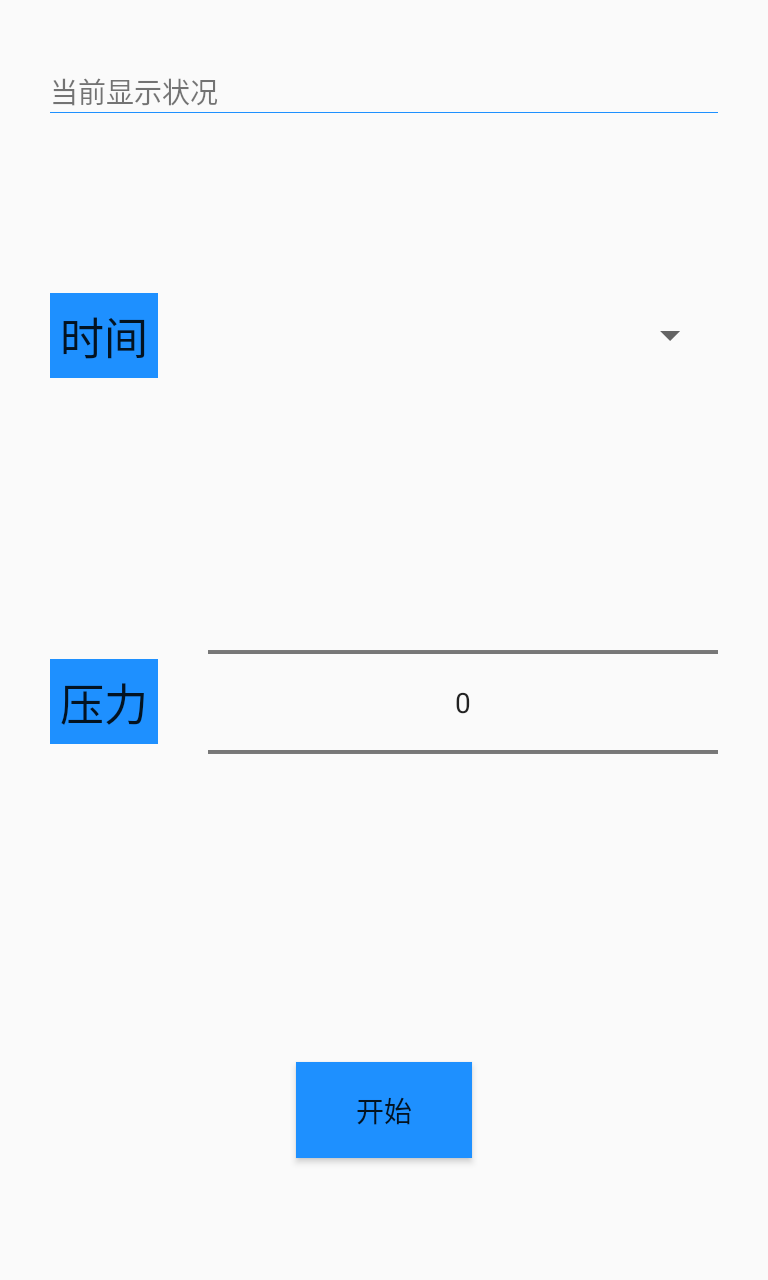
Repository: mimimy/MassagePro
Layout: BLE-Version/MassageTool/res/layout/base_pager.xml
The author's editor kept a copy of each file at every save. The layout is drawn from the files as they stood at one save, then again after the next save.
It is drawn on a 768 x 1280 px phone screen (xhdpi) without system bars, with theme AppTheme; the app's code is not run.

Above is the layout before, as saved 2018-07-29 04:16:04.

After the next save:
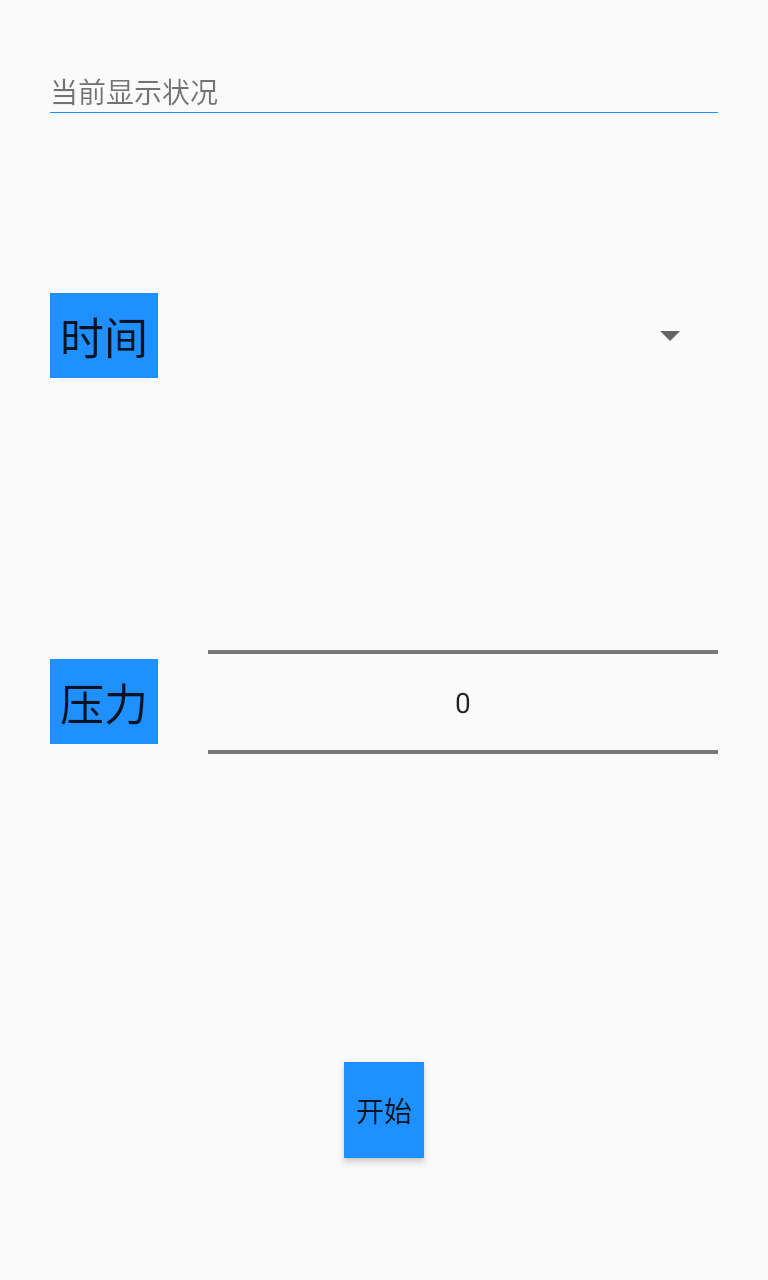
Saved 70 s later.
--- a/BLE-Version/MassageTool/res/layout/base_pager.xml
+++ b/BLE-Version/MassageTool/res/layout/base_pager.xml
@@ -79,7 +79,7 @@
         <Button
             android:id="@+id/btn_click"
             android:background="#1E90FF"
-            android:layout_width="wrap_content"
+            android:layout_width="80px"
             android:layout_height="wrap_content"
             android:text="开始" />
 

After the save that followed:
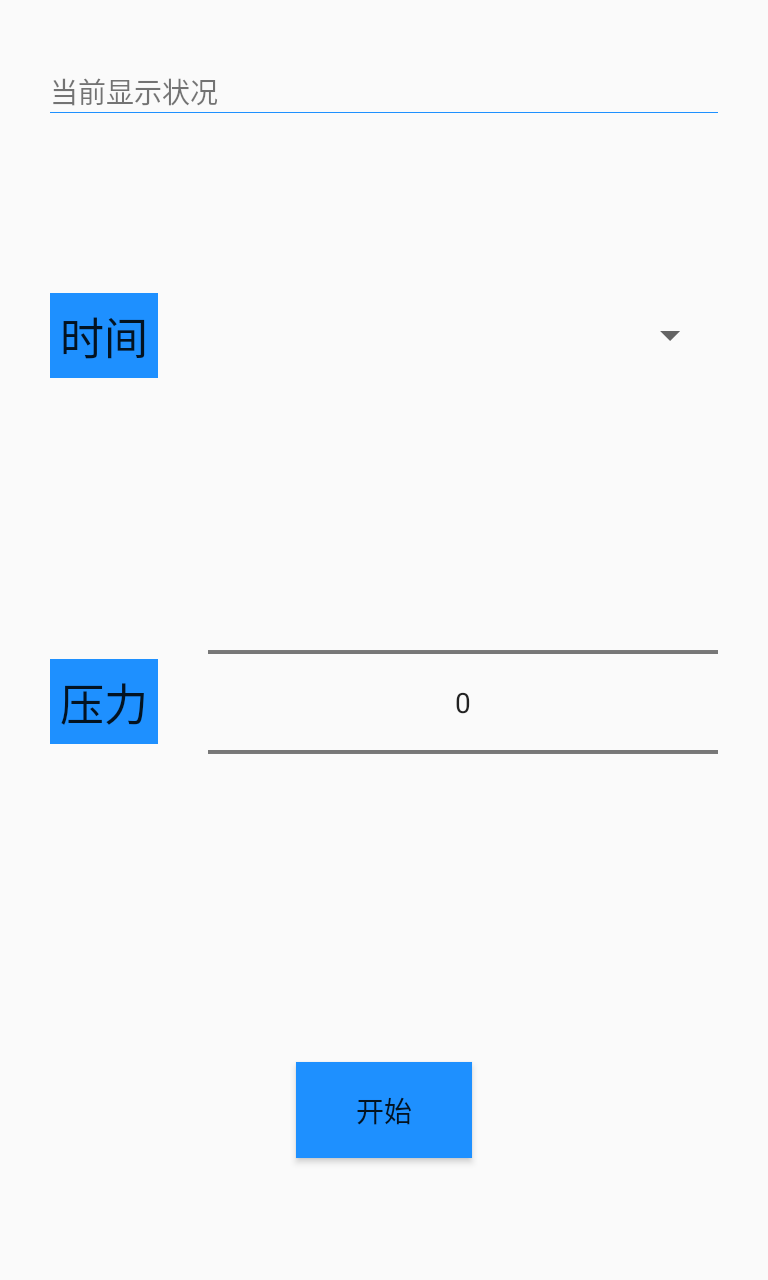
Saved 75 s later.
--- a/BLE-Version/MassageTool/res/layout/base_pager.xml
+++ b/BLE-Version/MassageTool/res/layout/base_pager.xml
@@ -79,7 +79,7 @@
         <Button
             android:id="@+id/btn_click"
             android:background="#1E90FF"
-            android:layout_width="80px"
+            android:layout_width="wrap_content"
             android:layout_height="wrap_content"
             android:text="开始" />
 
